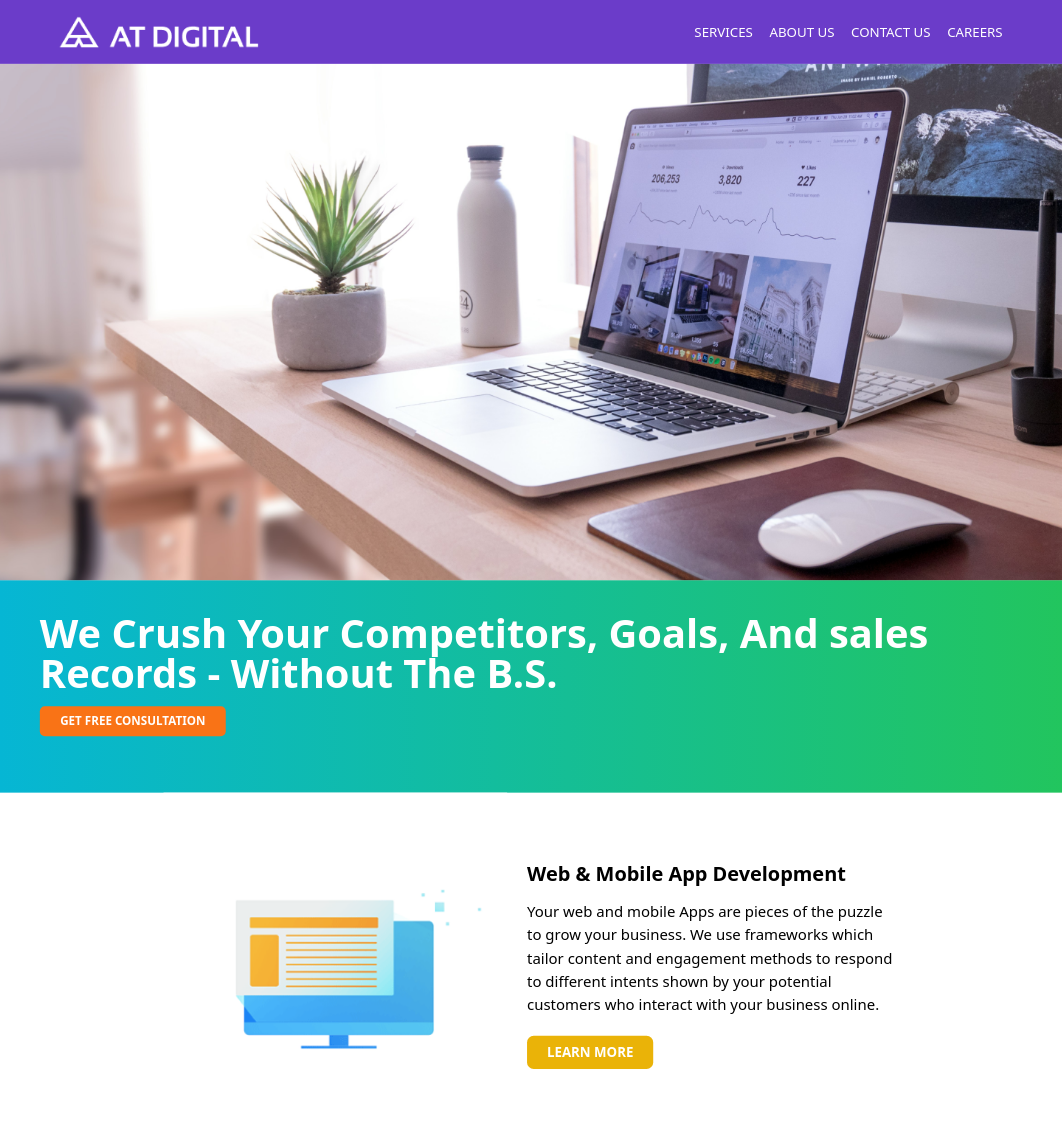
Repository: Milith97/AT-Digital-Website
Page: /
An editor plug-in stored every save of this project. The page is shown before and after the next save, followed by the edit.
The browser window is 1280 px wide. The pictures show the whole page, at 83% of full size.
The project was rebuilt for these pictures with package versions that can differ from the ones it lists, and the page was loaded fresh each time. Also part of the build but not shown: vite.config.js.

Above is the page before, as saved 2024-04-06 22:28:09.

### src/App.jsx
// App.js or your main component file
import React from 'react';
import NavBar from './Components/NavBar';
import HomePage from './Components/HomePage';
import Servicers from './Components/Servicers'

function App() {
  return (
    <div className="App">
      <NavBar />
      <HomePage />
      <Servicers/>
    </div>
  );
}

export default App;

### src/Components/NavBar.jsx
import React, { useState } from 'react';
import Logo from '../assets/Img/Logo.png';

const NavBar = () => {
    const [isOpen, setIsOpen] = useState(false);

    return (
        <nav className="bg-[#6B3CC9]">
            <div className="max-w-1440px max-h-20 xl:px-16 md:px-7 sm:px-11 max-lg:mx-6">
                <div className="flex justify-between">
                    <div>
                        <a href="#" className={`flex items-center py-5 sm:px-2 ${isOpen ? 'hidden' : 'flex'}`}>
                            <img src={Logo} alt="Logo" />
                        </a>
                    </div>
                    <div className={`hidden md:flex font-medium text-white items-center space-x-1 ${isOpen ? 'flex' : 'hidden'}`}>
                        <a href="#" className="py-5 px-2 ">SERVICES</a>
                        <a href="#" className="py-5 px-2 ">ABOUT US</a>
                        <a href="#" className="py-5 px-2 ">CONTACT US</a>
                        <a href="#" className="py-5 px-2 ">CAREERS</a>
                    </div>
                    <div className="md:hidden flex items-center ">
                        <button onClick={() => setIsOpen(!isOpen)} className="text-white focus:outline-none">
                            {!isOpen ? (
                                <svg className="h-14 w-10" stroke="white" viewBox="0 0 24 24" >
                                    <path strokeLinecap="round" strokeLinejoin="round" strokeWidth="3" d="M4 6h16M4 12h16M4 18h16" />
                                </svg>
                            ) : (
                                <svg className="h-12 w-8" stroke="black" viewBox="0 0 24 24" >
                                    <path strokeLinecap="round" strokeLinejoin="round" strokeWidth="3" d="M6 18L18 6M6 6l12 12" />
                                </svg>
                            )}
                        </button>
                    </div>
                </div>
            </div>
            <div className={`${isOpen ? 'block' : 'hidden'} md:hidden`}>
                <div className="bg-white">
                    <a href="#" className="block py-2 px-4 text-sm text-black-500 ">HOME</a>
                    <a href="#" className="block py-2 px-4 text-sm text-black-500">SERVICES</a>
                    <a href="#" className="block py-2 px-4 text-sm text-black-500">ABOUT US</a>
                    <a href="#" className="block py-2 px-4 text-sm text-black-500">CONTACT US</a>
                    <a href="#" className="block py-2 px-4 text-sm text-black-500">CAREERS</a>
                </div>
            </div>
        </nav>
    );
};

export default NavBar;

### src/Components/HomePage.jsx
import React from 'react';
import backgroundImage from '../assets/Img/Home.png';

const HomePage = () => {
    return (
        <div className=''>
            <div>
                <img src={backgroundImage} alt="Home Image" />
            </div>
            <div className='h-64 max-w-full bg-gradient-to-r from-cyan-500 to-green-500 '>
                <div className='text-lg py-6 px-12 '>
                    <p className='font-bold text-5xl text-white py-4'>We Crush Your Competitors, Goals, And sales Records - Without The B.S.</p>
                    <div className=''>
                        <button className='bg-orange-500 text-white font-bold text-sm h-9 w-56 rounded-md'>GET FREE CONSULTATION</button>
                    </div>
                </div>
            </div>
        </div>
    );
};

export default HomePage;

### src/Components/Servicers.jsx
// import React from 'react';
// import Service1 from '../assets/Img/Service1.png';
// const Servicers = () => {
//     return (
//         <div className="flex flex-col md:flex-row items-center justify-center">
//             <div className=" lg:w-2/5 flex-shrink-0 mb-6 md:mb-0 mr-0 md:mr-0">
//                 <img src={Service1} alt="Service Image" className="xl:w-full xl:h-full object-cover" />
//             </div>

//             {/* Right Side (Content) */}
//             <div className="lg:w-3/5">
//                 <h2 className="sm:text-3xl md:text-2xl lg:text-3xl xl:text-2xl 2xl:text:4xl  font-bold mb-4 text-[#6B3CC9]">Web & Mobile App Development</h2>
//                 <p className=" sm:text-xl md:text-lg lg:text-lg xl:text-lg 2xl:text-xl font-normal  mb-6 ">Your web and mobile Apps are pieces of the puzzle to grow your business. We use frameworks which tailor content and engagement methods to respond to different intents shown by your potential customers who interact with your business online.</p>
//                 <button className="bg-yellow-500 text-white font-bold py-2 px-6 rounded-lg hover:bg-yellow-600 transition-colors">LEARN MORE</button>
//             </div>
//         </div>
//     );
// };

// export default Servicers;

import React from 'react';
import Service1 from '../assets/Img/Service1.png';

const Services = () => {
    return (
        <div className="flex flex-col md:flex-row items-center justify-center">
            {/* Left Side (Image) */}
            <div className="w-414 h-414 bg-gray-300 flex-shrink-0 mb-6 md:mb-0 mr-0 md:mr-6">
                {/* Replace the 'src' attribute with your image URL */}
                <img src={Service1} alt="Service Image" className="w-full h-full object-cover" />
            </div>

            {/* Right Side (Content) */}
            <div className="max-w-md">
                <h2 className=" md:text-2xl lg:text-3xl xl:text-2xl 2xl:text:4xl  font-bold mb-4">Web & Mobile App Development</h2>
                <p className="text-lg mb-6">Your web and mobile Apps are pieces of the puzzle to grow your business. We use frameworks which tailor content and engagement methods to respond to different intents shown by your potential customers who interact with your business online.</p>
                <button className="bg-yellow-500 text-white font-bold py-2 px-6 rounded-lg hover:bg-yellow-600 transition-colors">LEARN MORE</button>
            </div>
        </div>
    );
};

export default Services;

Loaded but not shown: index.html (common file); src/main.jsx (common file); src/index.css (common file); tailwind.config.js (common file)

After the next save:
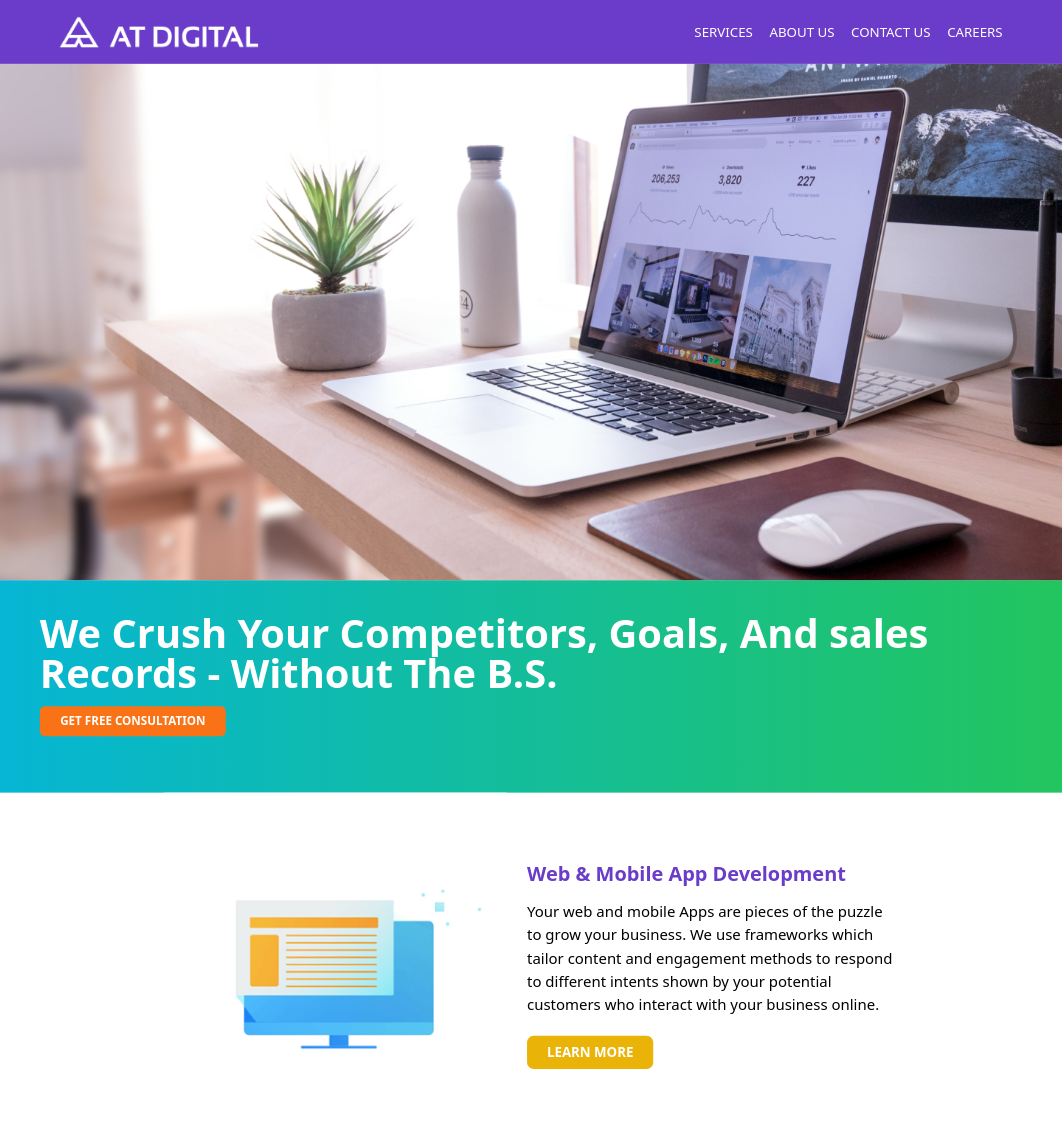
Saved 14 s later.
--- a/src/Components/Servicers.jsx
+++ b/src/Components/Servicers.jsx
@@ -33,7 +33,7 @@ const Services = () => {
 
             {/* Right Side (Content) */}
             <div className="max-w-md">
-                <h2 className=" md:text-2xl lg:text-3xl xl:text-2xl 2xl:text:4xl  font-bold mb-4">Web & Mobile App Development</h2>
+                <h2 className=" md:text-2xl lg:text-3xl xl:text-2xl 2xl:text:4xl  font-bold mb-4 text-[#6B3CC9]">Web & Mobile App Development</h2>
                 <p className="text-lg mb-6">Your web and mobile Apps are pieces of the puzzle to grow your business. We use frameworks which tailor content and engagement methods to respond to different intents shown by your potential customers who interact with your business online.</p>
                 <button className="bg-yellow-500 text-white font-bold py-2 px-6 rounded-lg hover:bg-yellow-600 transition-colors">LEARN MORE</button>
             </div>
